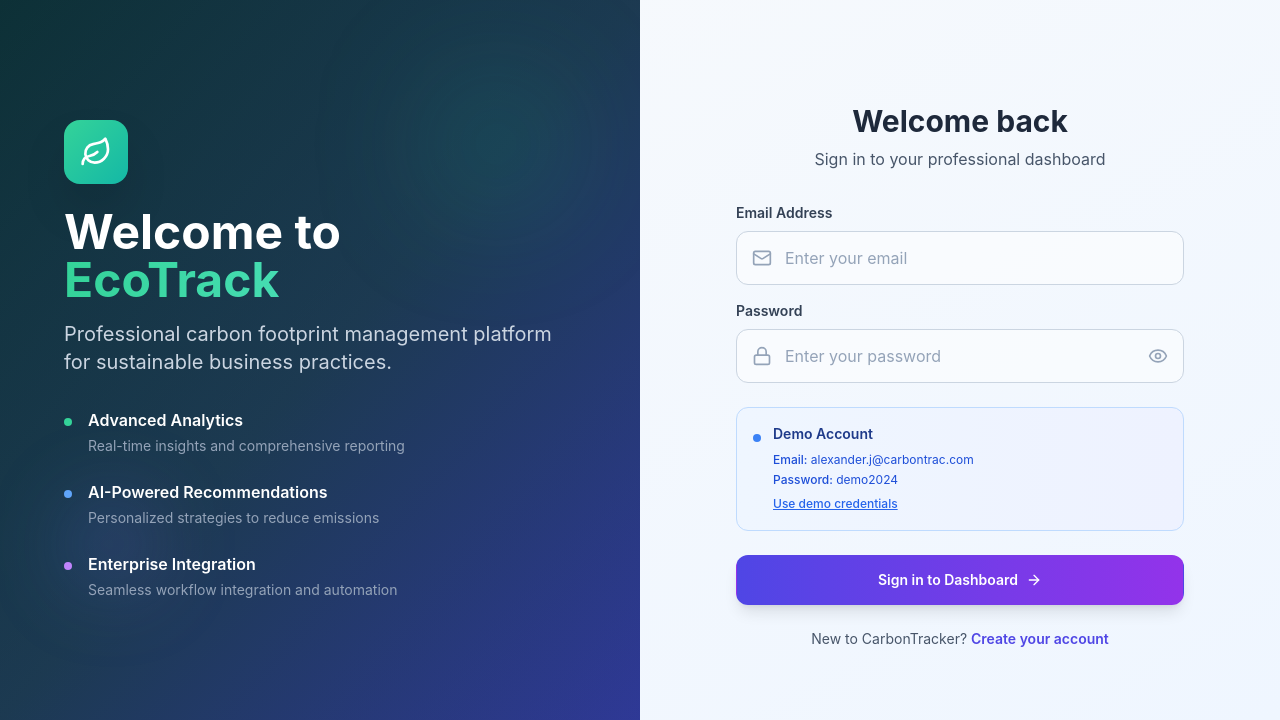
Repository: MithileshSP/EcoTrack
Page: /
The author's editor kept a copy of each file at every save. The page is drawn from the files as they stood at one save, then again after the next save.
The browser window is 1280 px wide. The pictures show the whole page.
The project was rebuilt for these pictures with package versions that can differ from the ones it lists, and the page was loaded fresh each time. Also part of the build but not shown: vite.config.js, src/components/layout/Navbar.jsx, src/pages/Dashboard.jsx, src/pages/DataEntry.jsx, src/pages/Analytics.jsx, src/pages/Recommendations.jsx, src/pages/Profile.jsx, src/pages/Register.jsx.

Above is the page before, as saved 2025-09-26 11:41:18.

After the next save:
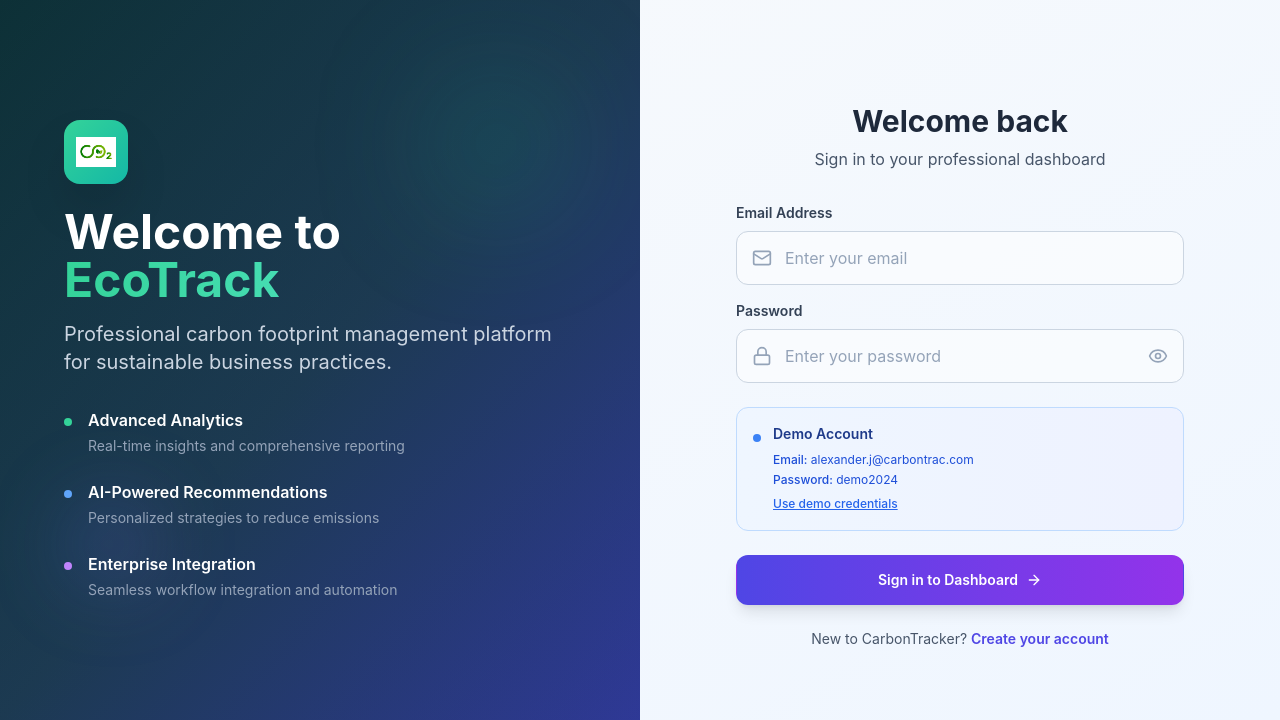
Saved 119 s later.
--- a/src/pages/Login.jsx
+++ b/src/pages/Login.jsx
@@ -1,5 +1,6 @@
 import React, { useState } from 'react';
-import { Leaf, Mail, Lock, Eye, EyeOff, ArrowRight } from 'lucide-react';
+import { Mail, Lock, Eye, EyeOff, ArrowRight } from 'lucide-react';
+import logo from '../assets/logo.jpg';
 
 const Login = ({ onLogin, onNavigate }) => {
   const [formData, setFormData] = useState({
@@ -54,7 +55,7 @@
         <div className="relative z-10 flex flex-col justify-center px-12 xl:px-16">
           <div className="mb-8">
             <div className="w-16 h-16 bg-gradient-to-br from-emerald-400 to-teal-500 rounded-2xl flex items-center justify-center mb-6 shadow-2xl">
-              <Leaf className="h-8 w-8 text-white" />
+              <img src={logo} alt="EcoTrack logo" className="h-10 w-10 object-contain" />
             </div>
             <h1 className="text-4xl xl:text-5xl font-bold text-white mb-4">
               Welcome to
@@ -103,7 +104,7 @@
           {/* Mobile branding */}
           <div className="text-center lg:hidden">
             <div className="w-16 h-16 bg-gradient-to-br from-emerald-600 to-teal-600 rounded-2xl flex items-center justify-center mx-auto mb-4 shadow-lg">
-              <Leaf className="h-8 w-8 text-white" />
+              <img src={logo} alt="EcoTrack logo" className="h-10 w-10 object-contain" />
             </div>
             <h2 className="text-3xl font-bold text-slate-800">CarbonTracker</h2>
             <p className="text-slate-600 mt-2">Professional Edition</p>
